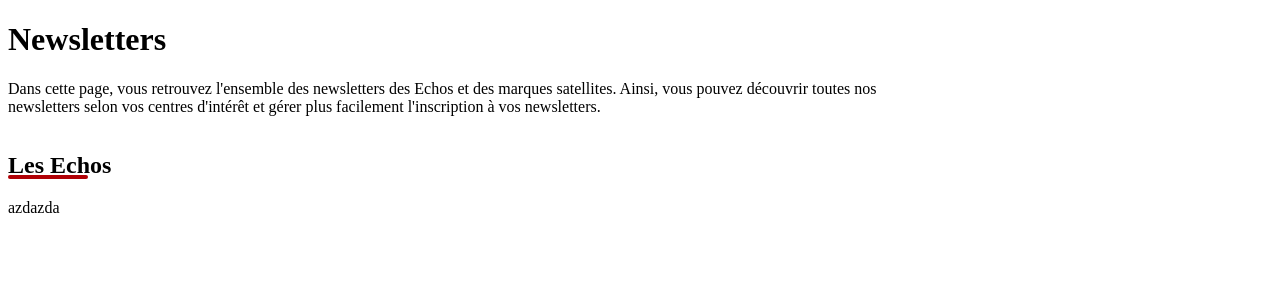
Repository: JeremyBeherec/technical-test-les-echos
Page: /
An editor plug-in stored every save of this project. The page is shown before and after the next save, followed by the edit.
The browser window is 1280 px wide. The pictures show the whole page.
The project was rebuilt for these pictures with package versions that can differ from the ones it lists, and the page was loaded fresh each time. Also part of the build but not shown: vite.config.ts.

Above is the page before, as saved 2024-04-17 15:30:42.

After the next save:
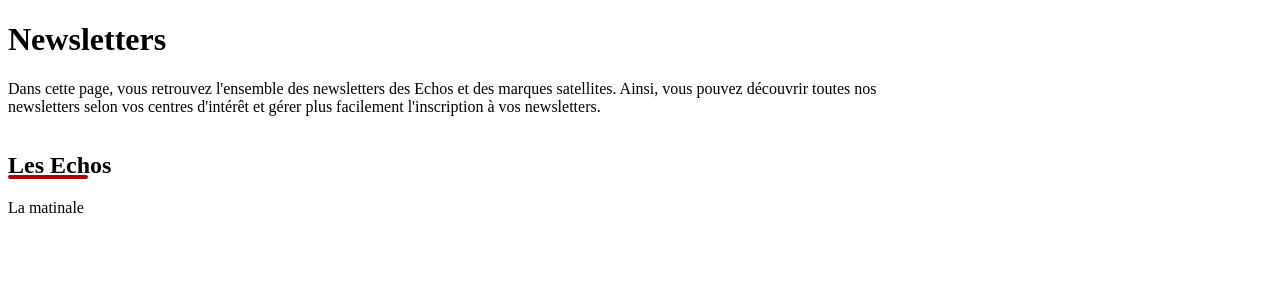
Saved 69 s later.
--- a/src/components/pages/Newsletters/Newsletters.tsx
+++ b/src/components/pages/Newsletters/Newsletters.tsx
@@ -10,7 +10,13 @@
         <section className="flex flex-col gap-4">
           <h2 className="text-2xl font-bold uppercase text-with-border pb-4">Les Echos</h2>
 
-          <div>azdazda</div>
+          <div className="flex gap-4">
+            <article>
+              <div className="bg-gray-400" style={{ width: 400, height: 200 }}>
+                La matinale
+              </div>
+            </article>
+          </div>
         </section>
       </div>
     </div>
